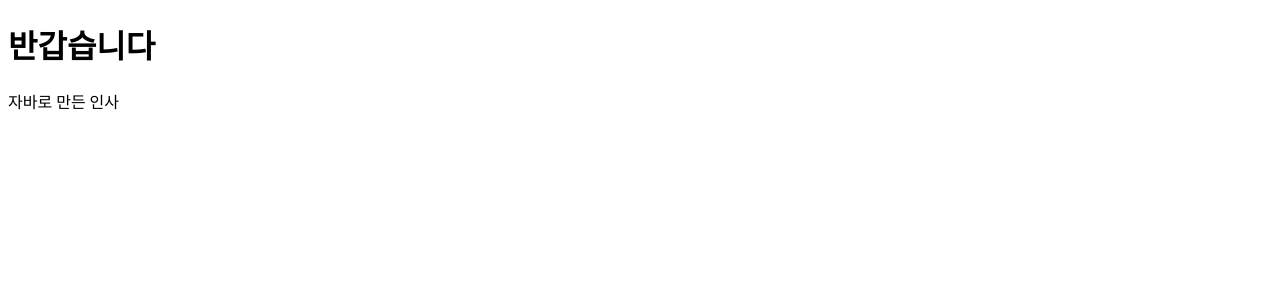
Repository: dychung1021/newrepository
Page: http://localhost/JSP01/
The author's editor kept a copy of each file at every save. The page is drawn from the files as they stood at one save, then again after the next save.
The browser window is 1280 px wide. The pictures show the whole page.
The page is served by Tomcat 9.

Above is the page before, as saved 2024-05-09 05:27:27.

### JSP/JSP01/src/main/webapp/index.jsp
<%@ page language="java" contentType="text/html; charset=utf-8"
    pageEncoding="utf-8"%>
<!DOCTYPE html>
<html>
	<head>
		<meta charset="utf-8">
		<title>1st JSP</title>
	</head>
	<body>
		<h1>반갑습니다</h1>
		<%String str="자바로 만든 인사"; %>
		<%out.print(str); %>
	</body>
</html>

After the next save:
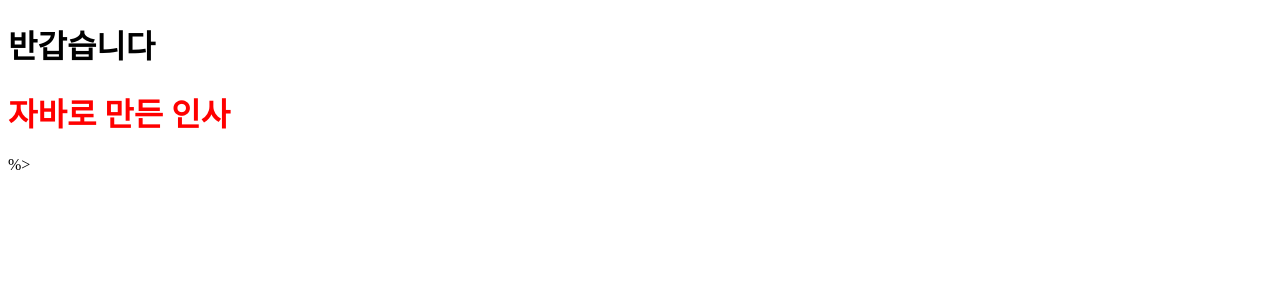
Saved 2 min 11 s later.
--- a/JSP/JSP01/src/main/webapp/index.jsp
+++ b/JSP/JSP01/src/main/webapp/index.jsp
@@ -9,6 +9,7 @@
 	<body>
 		<h1>반갑습니다</h1>
 		<%String str="자바로 만든 인사"; %>
-		<%out.print(str); %>
+
+		<h1 style="color:red;"><%out.print(str); %></h1>%>
 	</body>
 </html>
